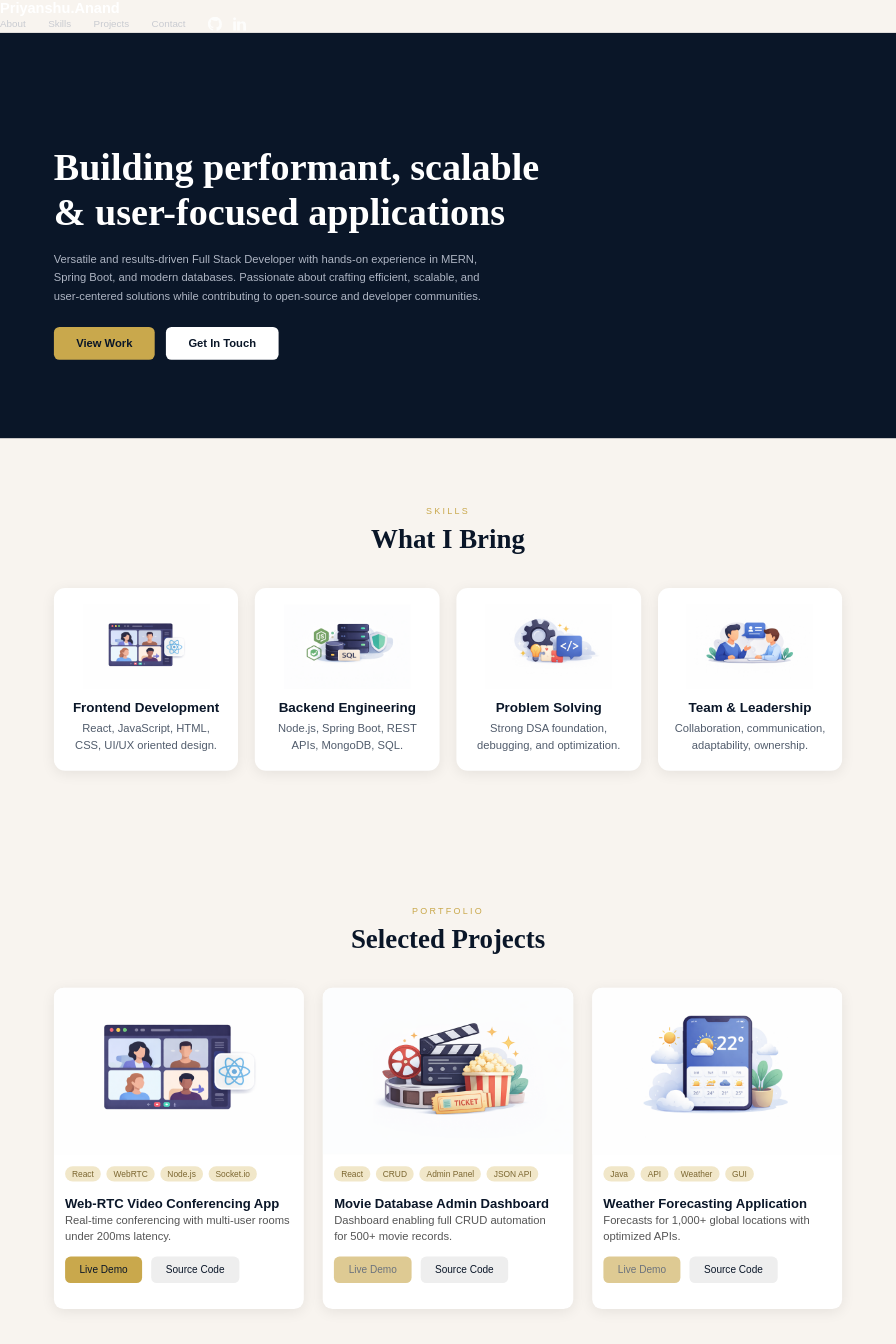
Repository: priyanshuanand12022/My-Portfolio
Page: /
These files come from the project's save history. The page is drawn as it stood at one moment and after a run of saves; the edit follows.
The browser window is 1280 px wide. The pictures show the part of the page from y = 0 to 1920 px (the page is 2793 px tall before and 2746 px after), at 70% of full size.
The project was rebuilt for these pictures with package versions that can differ from the ones it lists, and the page was loaded fresh each time. Also part of the build but not shown: vite.config.js.

Above is the page before, as saved 2026-02-25 22:15:34.

After the next 2 saves:
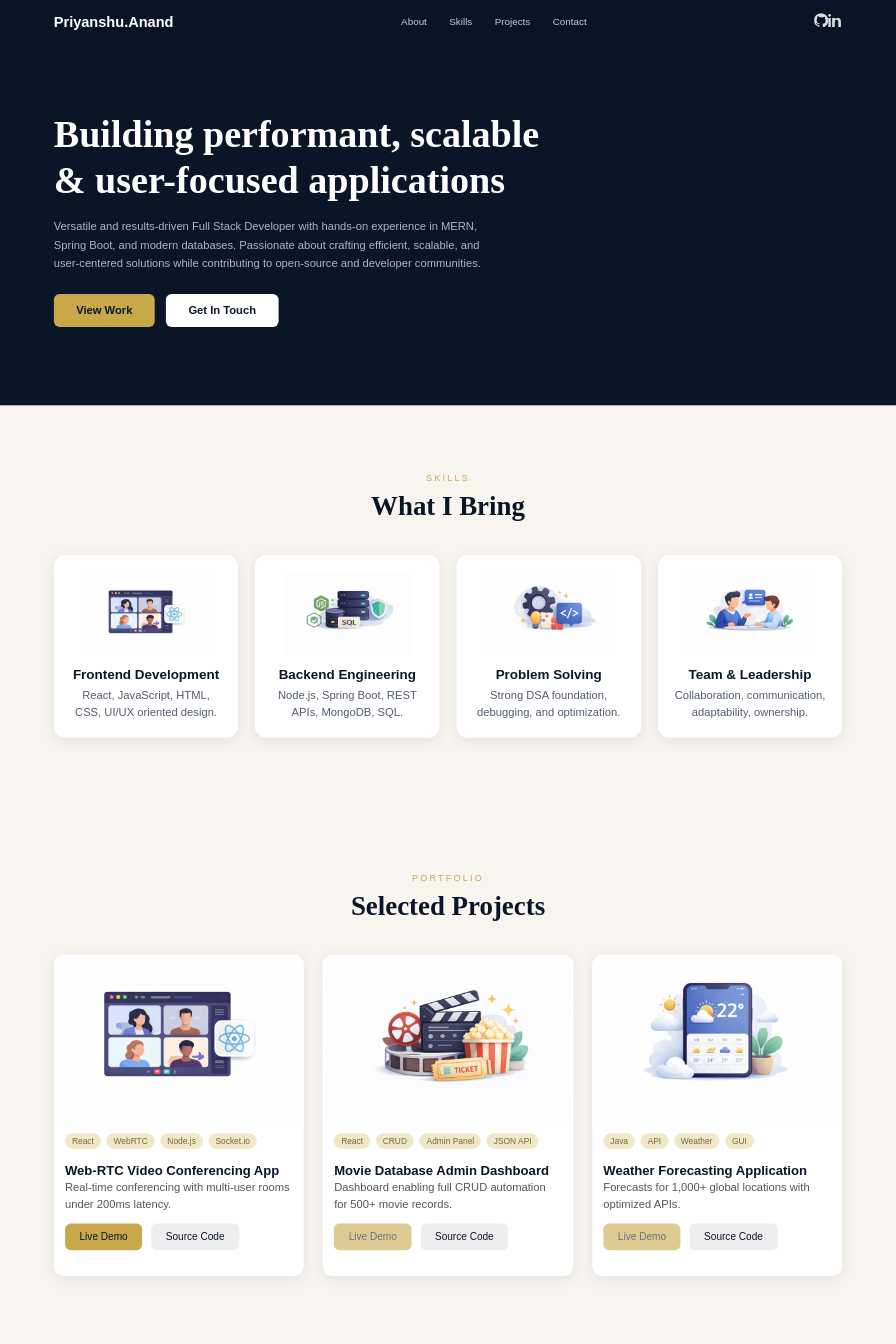
The 2 saves are shown as one change because they came seconds apart.
The last was saved 37 min 21 s later.
--- a/src/Portfolio.jsx
+++ b/src/Portfolio.jsx
@@ -22,24 +22,25 @@
   const handleSubmit = (e) => {
     e.preventDefault();
 
-    emailjs.send(
-    "service_lk6jd4n",
-    "template_el7uc7k",
-    {
-      name: formData.name,
-      email: formData.email,
-      subject: formData.subject,
-      message: formData.message,
-    },
-    "nVCyFrHKLSf0xcnOJ"
-  )
-  .then(() => {
-    setSubmitted(true);
-    })
-  .catch((err) => {
-    console.log("Email send error:", err);
-    alert("Something went wrong!");
-  });
+    emailjs
+      .send(
+        "service_lk6jd4n",
+        "template_el7uc7k",
+        {
+          name: formData.name,
+          email: formData.email,
+          subject: formData.subject,
+          message: formData.message,
+        },
+        "nVCyFrHKLSf0xcnOJ"
+      )
+      .then(() => {
+        setSubmitted(true);
+      })
+      .catch((err) => {
+        console.log("Email send error:", err);
+        alert("Something went wrong!");
+      });
   };
 
   const handleChange = (e) =>
@@ -47,38 +48,42 @@
 
   return (
     <div className="portfolio">
-      <nav>
-  <div className="nav-logo">Priyanshu<span>.</span>Anand</div>
-
-  <ul className="nav-links">
-    {["About", "Skills", "Projects", "Contact"].map((s) => (
-      <li key={s}>
-        <a href={`#${s.toLowerCase()}`}>{s}</a>
-      </li>
-    ))}
-
-    {/* Social Icons */}
-    <li className="social-icons">
-      <a
-        href="https://github.com/priyanshuanand12022"
-        target="_blank"
-        rel="noopener noreferrer"
-      >
-        <img className="icon" src="/github.svg" alt="GitHub" />
-      </a>
-
-      <a
-        href="https://www.linkedin.com/in/priyanshu-anand-213315353"
-        target="_blank"
-        rel="noopener noreferrer"
-      >
-        <img className="icon" src="/linkedin.svg" alt="LinkedIn" />
-      </a>
-    </li>
-  </ul>
-</nav>
-
-      {/* HERO */}
+
+      {/* ================= NAVBAR ================= */}
+      <nav className="nav">
+        <div className="nav-logo">
+          Priyanshu<span>.</span>Anand
+        </div>
+
+        <ul className="nav-links">
+          {["About", "Skills", "Projects", "Contact"].map((s) => (
+            <li key={s}>
+              <a href={`#${s.toLowerCase()}`}>{s}</a>
+            </li>
+          ))}
+        </ul>
+
+        {/* Social Icons */}
+        <div className="nav-social">
+          <a
+            href="https://github.com/priyanshuanand12022"
+            target="_blank"
+            rel="noopener noreferrer"
+          >
+            <img src="/github.svg" alt="GitHub" className="icon" />
+          </a>
+
+          <a
+            href="https://www.linkedin.com/in/priyanshu-anand-213315353"
+            target="_blank"
+            rel="noopener noreferrer"
+          >
+            <img src="/linkedin.svg" alt="LinkedIn" className="icon" />
+          </a>
+        </div>
+      </nav>
+
+      {/* ================= HERO ================= */}
       <section id="about" className="hero">
         <h1>Building performant, scalable & user-focused applications</h1>
 
@@ -95,7 +100,7 @@
         </div>
       </section>
 
-      {/* SKILLS */}
+      {/* ================= SKILLS ================= */}
       <section id="skills" className="skills">
         <div className="section-tag">SKILLS</div>
         <h2 className="section-title">What I Bring</h2>
@@ -129,7 +134,7 @@
         </div>
       </section>
 
-      {/* PROJECTS */}
+      {/* ================= PROJECTS ================= */}
       <section id="projects" className="projects">
         <div className="section-tag">PORTFOLIO</div>
         <h2 className="section-title">Selected Projects</h2>
@@ -140,7 +145,10 @@
           <div className="project-card">
             <img src={webrtcImg} className="project-img" alt="WebRTC" />
             <div className="project-tags">
-              <span>React</span><span>WebRTC</span><span>Node.js</span><span>Socket.io</span>
+              <span>React</span>
+              <span>WebRTC</span>
+              <span>Node.js</span>
+              <span>Socket.io</span>
             </div>
             <h3>Web-RTC Video Conferencing App</h3>
             <p>Real-time conferencing with multi-user rooms under 200ms latency.</p>
@@ -155,7 +163,10 @@
           <div className="project-card">
             <img src={movieImg} className="project-img" alt="Movie Dashboard" />
             <div className="project-tags">
-              <span>React</span><span>CRUD</span><span>Admin Panel</span><span>JSON API</span>
+              <span>React</span>
+              <span>CRUD</span>
+              <span>Admin Panel</span>
+              <span>JSON API</span>
             </div>
             <h3>Movie Database Admin Dashboard</h3>
             <p>Dashboard enabling full CRUD automation for 500+ movie records.</p>
@@ -170,7 +181,10 @@
           <div className="project-card">
             <img src={weatherImg} className="project-img" alt="Weather App" />
             <div className="project-tags">
-              <span>Java</span><span>API</span><span>Weather</span><span>GUI</span>
+              <span>Java</span>
+              <span>API</span>
+              <span>Weather</span>
+              <span>GUI</span>
             </div>
             <h3>Weather Forecasting Application</h3>
             <p>Forecasts for 1,000+ global locations with optimized APIs.</p>
@@ -184,15 +198,19 @@
         </div>
       </section>
 
-      {/* CONTACT */}
+      {/* ================= CONTACT ================= */}
       <section id="contact" className="contact">
         <div className="section-tag light">CONTACT</div>
         <h2 className="section-title light">Let's Connect</h2>
 
-        <p className="contact-desc">Have a project or collaboration in mind? Feel free to reach out.</p>
+        <p className="contact-desc">
+          Have a project or collaboration in mind? Feel free to reach out.
+        </p>
 
         {submitted ? (
-          <div className="thankyou">Thank you! I’ll get back to you soon.</div>
+          <div className="thankyou">
+            Thank you! I’ll get back to you soon.
+          </div>
         ) : (
           <form className="contact-form" onSubmit={handleSubmit}>
             <input name="name" placeholder="Your Name" required onChange={handleChange} />
@@ -204,9 +222,11 @@
         )}
       </section>
 
+      {/* ================= FOOTER ================= */}
       <footer className="footer">
         © 2026 <span>Priyanshu Anand</span> — All Rights Reserved.
       </footer>
+
     </div>
   );
 }

After the save that followed:
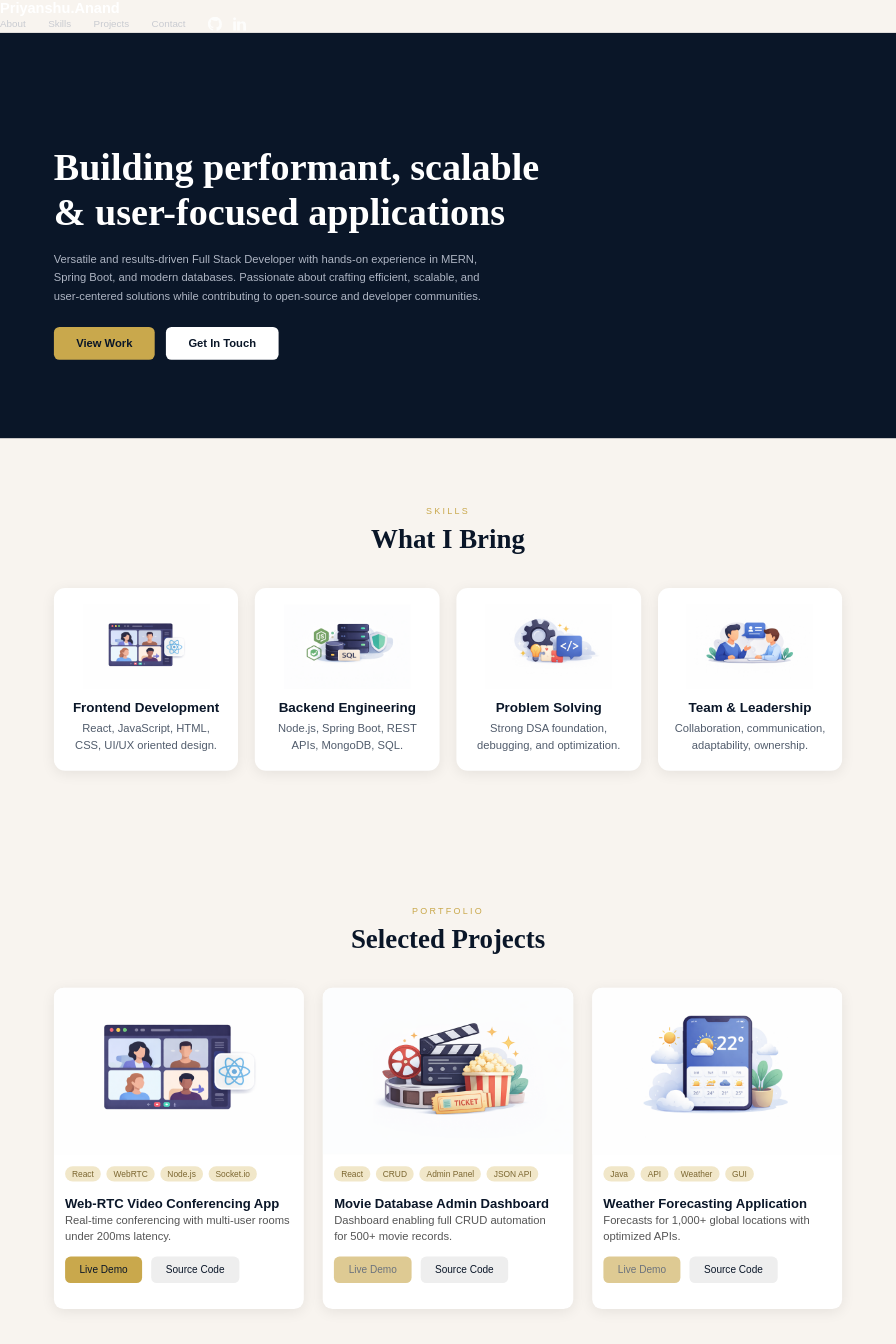
Saved 15 s later.
--- a/src/Portfolio.jsx
+++ b/src/Portfolio.jsx
@@ -22,25 +22,24 @@
   const handleSubmit = (e) => {
     e.preventDefault();
 
-    emailjs
-      .send(
-        "service_lk6jd4n",
-        "template_el7uc7k",
-        {
-          name: formData.name,
-          email: formData.email,
-          subject: formData.subject,
-          message: formData.message,
-        },
-        "nVCyFrHKLSf0xcnOJ"
-      )
-      .then(() => {
-        setSubmitted(true);
-      })
-      .catch((err) => {
-        console.log("Email send error:", err);
-        alert("Something went wrong!");
-      });
+    emailjs.send(
+    "service_lk6jd4n",
+    "template_el7uc7k",
+    {
+      name: formData.name,
+      email: formData.email,
+      subject: formData.subject,
+      message: formData.message,
+    },
+    "nVCyFrHKLSf0xcnOJ"
+  )
+  .then(() => {
+    setSubmitted(true);
+    })
+  .catch((err) => {
+    console.log("Email send error:", err);
+    alert("Something went wrong!");
+  });
   };
 
   const handleChange = (e) =>
@@ -48,42 +47,38 @@
 
   return (
     <div className="portfolio">
-
-      {/* ================= NAVBAR ================= */}
-      <nav className="nav">
-        <div className="nav-logo">
-          Priyanshu<span>.</span>Anand
-        </div>
-
-        <ul className="nav-links">
-          {["About", "Skills", "Projects", "Contact"].map((s) => (
-            <li key={s}>
-              <a href={`#${s.toLowerCase()}`}>{s}</a>
-            </li>
-          ))}
-        </ul>
-
-        {/* Social Icons */}
-        <div className="nav-social">
-          <a
-            href="https://github.com/priyanshuanand12022"
-            target="_blank"
-            rel="noopener noreferrer"
-          >
-            <img src="/github.svg" alt="GitHub" className="icon" />
-          </a>
-
-          <a
-            href="https://www.linkedin.com/in/priyanshu-anand-213315353"
-            target="_blank"
-            rel="noopener noreferrer"
-          >
-            <img src="/linkedin.svg" alt="LinkedIn" className="icon" />
-          </a>
-        </div>
-      </nav>
-
-      {/* ================= HERO ================= */}
+      <nav>
+  <div className="nav-logo">Priyanshu<span>.</span>Anand</div>
+
+  <ul className="nav-links">
+    {["About", "Skills", "Projects", "Contact"].map((s) => (
+      <li key={s}>
+        <a href={`#${s.toLowerCase()}`}>{s}</a>
+      </li>
+    ))}
+
+    {/* Social Icons */}
+    <li className="social-icons">
+      <a
+        href="https://github.com/priyanshuanand12022"
+        target="_blank"
+        rel="noopener noreferrer"
+      >
+        <img className="icon" src="/github.svg" alt="GitHub" />
+      </a>
+
+      <a
+        href="https://www.linkedin.com/in/priyanshu-anand-213315353"
+        target="_blank"
+        rel="noopener noreferrer"
+      >
+        <img className="icon" src="/linkedin.svg" alt="LinkedIn" />
+      </a>
+    </li>
+  </ul>
+</nav>
+
+      {/* HERO */}
       <section id="about" className="hero">
         <h1>Building performant, scalable & user-focused applications</h1>
 
@@ -100,7 +95,7 @@
         </div>
       </section>
 
-      {/* ================= SKILLS ================= */}
+      {/* SKILLS */}
       <section id="skills" className="skills">
         <div className="section-tag">SKILLS</div>
         <h2 className="section-title">What I Bring</h2>
@@ -134,7 +129,7 @@
         </div>
       </section>
 
-      {/* ================= PROJECTS ================= */}
+      {/* PROJECTS */}
       <section id="projects" className="projects">
         <div className="section-tag">PORTFOLIO</div>
         <h2 className="section-title">Selected Projects</h2>
@@ -145,10 +140,7 @@
           <div className="project-card">
             <img src={webrtcImg} className="project-img" alt="WebRTC" />
             <div className="project-tags">
-              <span>React</span>
-              <span>WebRTC</span>
-              <span>Node.js</span>
-              <span>Socket.io</span>
+              <span>React</span><span>WebRTC</span><span>Node.js</span><span>Socket.io</span>
             </div>
             <h3>Web-RTC Video Conferencing App</h3>
             <p>Real-time conferencing with multi-user rooms under 200ms latency.</p>
@@ -163,10 +155,7 @@
           <div className="project-card">
             <img src={movieImg} className="project-img" alt="Movie Dashboard" />
             <div className="project-tags">
-              <span>React</span>
-              <span>CRUD</span>
-              <span>Admin Panel</span>
-              <span>JSON API</span>
+              <span>React</span><span>CRUD</span><span>Admin Panel</span><span>JSON API</span>
             </div>
             <h3>Movie Database Admin Dashboard</h3>
             <p>Dashboard enabling full CRUD automation for 500+ movie records.</p>
@@ -181,10 +170,7 @@
           <div className="project-card">
             <img src={weatherImg} className="project-img" alt="Weather App" />
             <div className="project-tags">
-              <span>Java</span>
-              <span>API</span>
-              <span>Weather</span>
-              <span>GUI</span>
+              <span>Java</span><span>API</span><span>Weather</span><span>GUI</span>
             </div>
             <h3>Weather Forecasting Application</h3>
             <p>Forecasts for 1,000+ global locations with optimized APIs.</p>
@@ -198,19 +184,15 @@
         </div>
       </section>
 
-      {/* ================= CONTACT ================= */}
+      {/* CONTACT */}
       <section id="contact" className="contact">
         <div className="section-tag light">CONTACT</div>
         <h2 className="section-title light">Let's Connect</h2>
 
-        <p className="contact-desc">
-          Have a project or collaboration in mind? Feel free to reach out.
-        </p>
+        <p className="contact-desc">Have a project or collaboration in mind? Feel free to reach out.</p>
 
         {submitted ? (
-          <div className="thankyou">
-            Thank you! I’ll get back to you soon.
-          </div>
+          <div className="thankyou">Thank you! I’ll get back to you soon.</div>
         ) : (
           <form className="contact-form" onSubmit={handleSubmit}>
             <input name="name" placeholder="Your Name" required onChange={handleChange} />
@@ -222,11 +204,9 @@
         )}
       </section>
 
-      {/* ================= FOOTER ================= */}
       <footer className="footer">
         © 2026 <span>Priyanshu Anand</span> — All Rights Reserved.
       </footer>
-
     </div>
   );
 }
